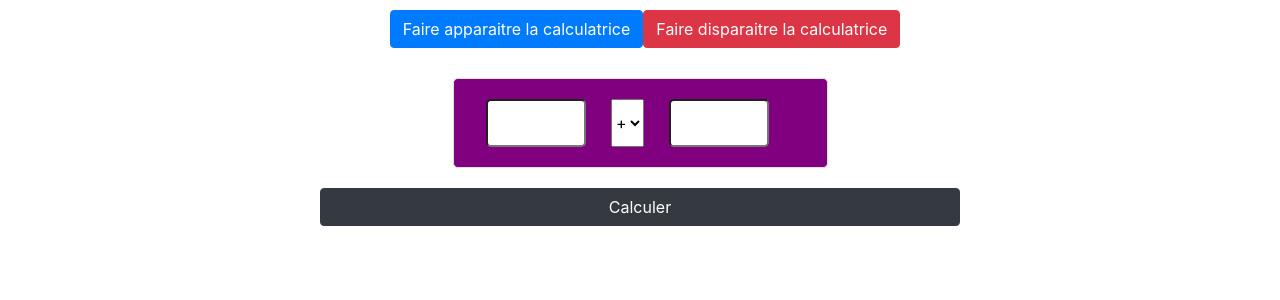
Repository: julieLyM/calculatrice
Page: calculatrice.html
These files come from the project's save history. The page is drawn as it stood at one moment and after the next save; the edit follows.
The browser window is 1280 px wide. The pictures show the whole page.

Above is the page before, as saved 2020-12-08 15:33:03.

After the next save:
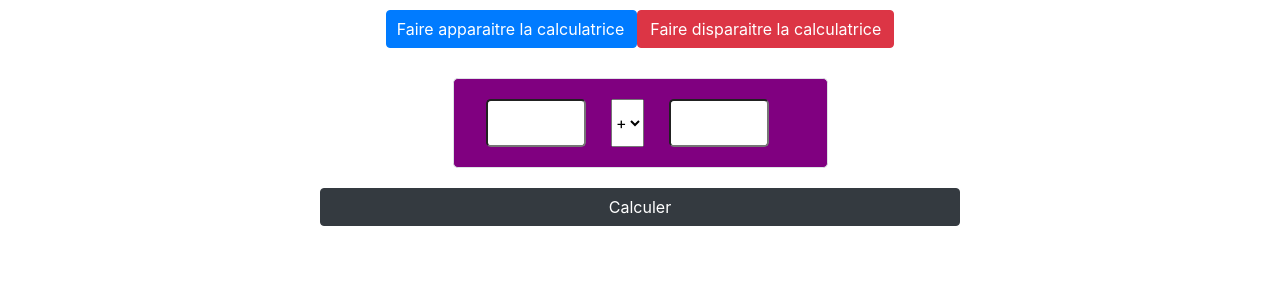
Saved 5 s later.
--- a/calculatrice.html
+++ b/calculatrice.html
@@ -10,7 +10,7 @@
   <body>
     <div class="container-fluid">
         <div class="row justify-content-center" style="padding: 10px; text-align:center">
-          <button class="btn btn-primary" id="appear" style="margin-left: 10px">
+          <button class="btn btn-primary" id="appear" style="padding-left: 10px">
             Faire apparaitre la calculatrice
           </button>
           <button class="btn btn-danger" id="disapear">
